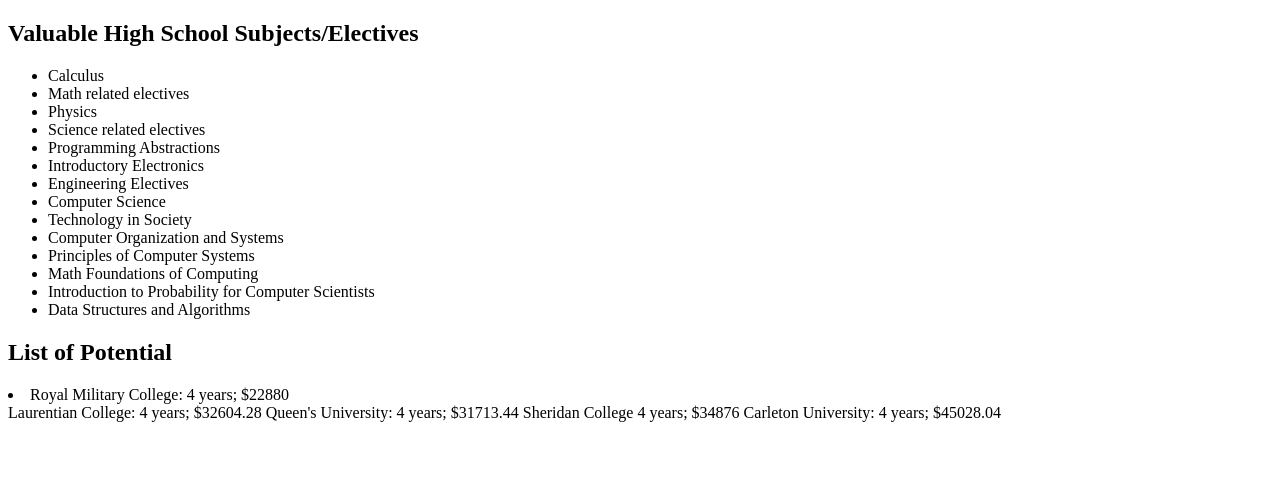
Repository: soerik/1soerik.github.io
Page: index.html
The author's editor kept a record of every edit. The page is drawn from the files as they stood at one moment, then again after the next edit.
The browser window is 1280 px wide. The pictures show the whole page.

Above is the page before.

After the next edit:
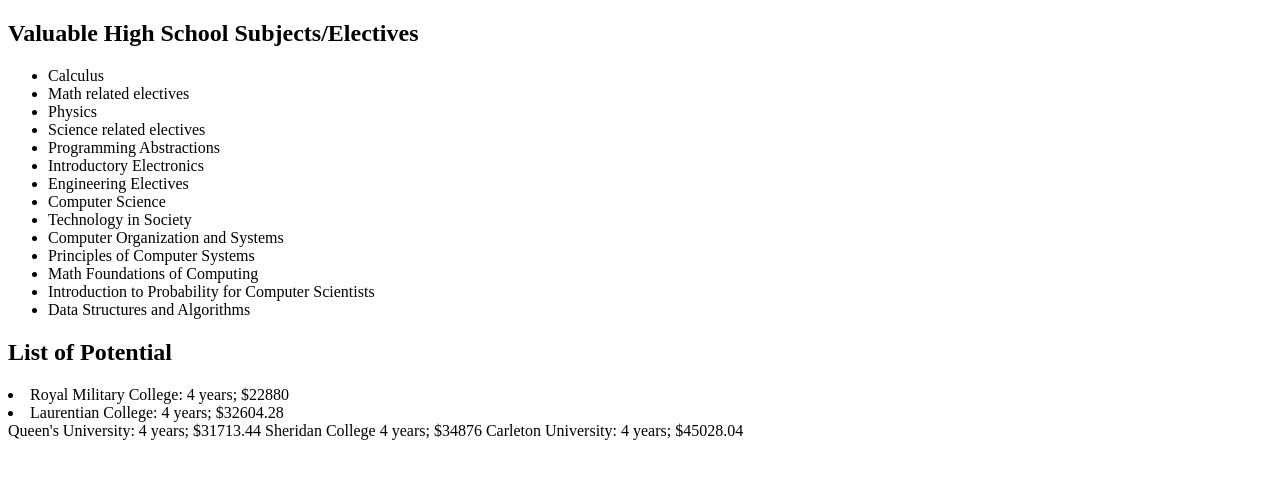
The edit:
--- a/index.html
+++ b/index.html
@@ -26,7 +26,7 @@
 <h2>List of Potential </h2>
 <li>Royal Military College:
 4 years; $22880</li>
-Laurentian College:
+<li>Laurentian College:
 4 years; $32604.28</li>
 Queen's University:
 4 years; $31713.44</li>
